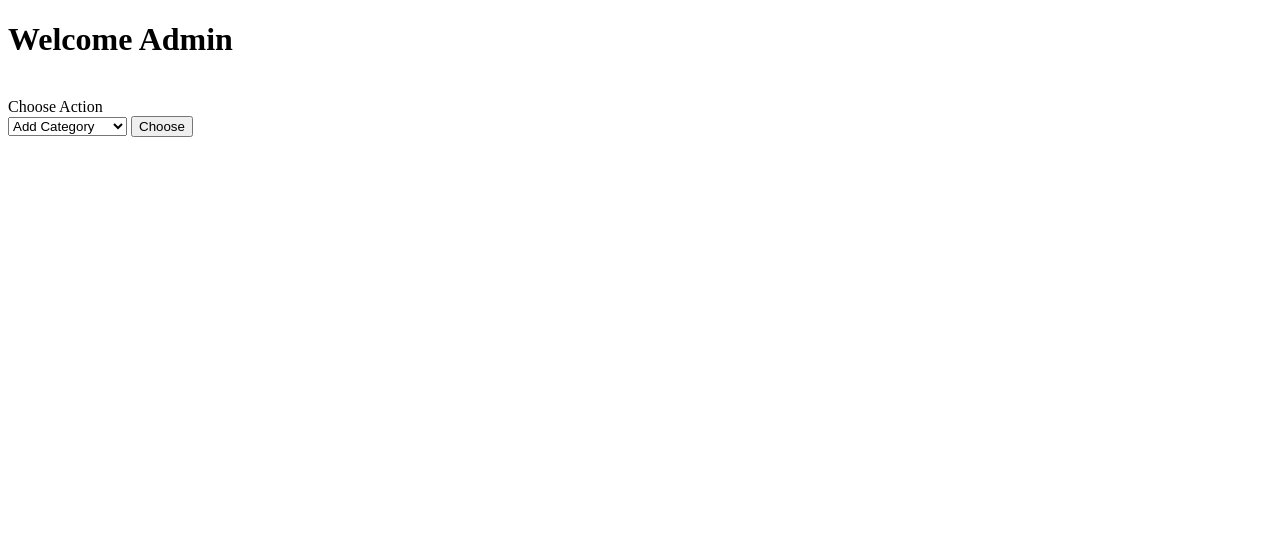
Repository: SarkarSubhajit/Advenced_Java
Page: FirstProject/src/main/webapp/welcome.html
The author's editor kept a copy of each file at every save. The page is drawn from the files as they stood at one save, then again after the next save.
The browser window is 1280 px wide. The pictures show the whole page.

Above is the page before, as saved 2025-12-05 21:18:13.

After the next save:
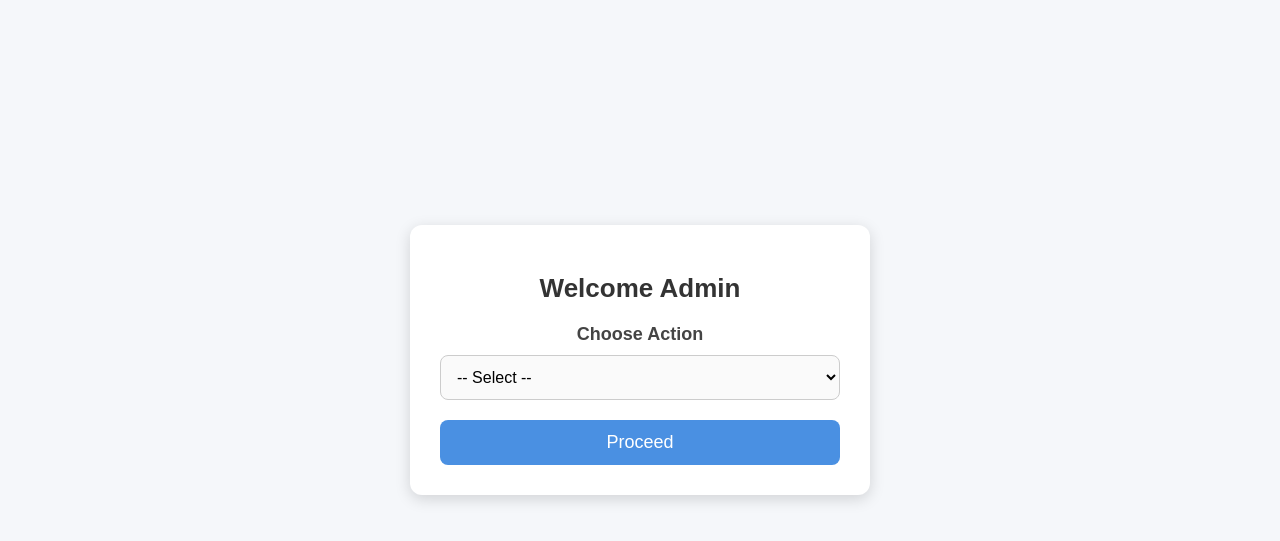
Saved 87 s later.
--- a/FirstProject/src/main/webapp/welcome.html
+++ b/FirstProject/src/main/webapp/welcome.html
@@ -2,22 +2,96 @@
 <html>
 <head>
 <meta charset="UTF-8">
-<title>Insert title here</title>
+<title>Admin Dashboard</title>
+
+<style>
+    body {
+        font-family: Arial, sans-serif;
+        background: #f5f7fa;
+        display: flex;
+        justify-content: center;
+        align-items: center;
+        height: 100vh;
+        margin: 0;
+    }
+
+    .container {
+        background: white;
+        width: 400px;
+        padding: 30px;
+        border-radius: 12px;
+        box-shadow: 0px 4px 15px rgba(0,0,0,0.15);
+        text-align: center;
+    }
+
+    h1 {
+        margin-bottom: 20px;
+        color: #333;
+        font-size: 26px;
+    }
+
+    label {
+        font-size: 18px;
+        font-weight: bold;
+        color: #444;
+    }
+
+    select {
+        width: 100%;
+        padding: 12px;
+        margin-top: 10px;
+        font-size: 16px;
+        border-radius: 8px;
+        border: 1px solid #ccc;
+        background: #fafafa;
+        transition: 0.3s;
+    }
+
+    select:focus {
+        border-color: #4a90e2;
+        outline: none;
+        background: #fff;
+    }
+
+    .btn {
+        margin-top: 20px;
+        width: 100%;
+        padding: 12px;
+        background: #4a90e2;
+        color: white;
+        border: none;
+        border-radius: 8px;
+        font-size: 18px;
+        cursor: pointer;
+        transition: background 0.3s;
+    }
+
+    .btn:hover {
+        background: #357ab7;
+    }
+</style>
+
 </head>
 <body>
-	<h1>Welcome Admin</h1>
-	<br />
-	<form action="WelcomeAdmin" method="POST" >
-		<label>Choose Action</label><br />
-		<select name="choice" >
-			<option value="addCategory" >Add Category</option>
-			<option value="addProduct" >Add Product</option>
-			<option value="deleteCategory" >Delete Category</option>
-			<option value="deleteProduct" >Delete Product</option>
-			<option value="showCategory" >Show Category</option>
-		</select>
 
-		<input type="submit" value="Choose" />
-	</form>
+    <div class="container">
+        <h1>Welcome Admin</h1>
+
+        <form action="AdminAction" method="post">
+            <label>Choose Action</label><br />
+
+            <select name="action">
+                <option value="">-- Select --</option>
+                <option value="addCategory">Add Category</option>
+                <option value="addProduct">Add Product</option>
+                <option value="deleteCategory">Delete Category</option>
+                <option value="deleteProduct">Delete Product</option>
+                <option value="showCategory">Show Category</option>
+            </select>
+
+            <button class="btn" type="submit">Proceed</button>
+        </form>
+    </div>
+
 </body>
 </html>
